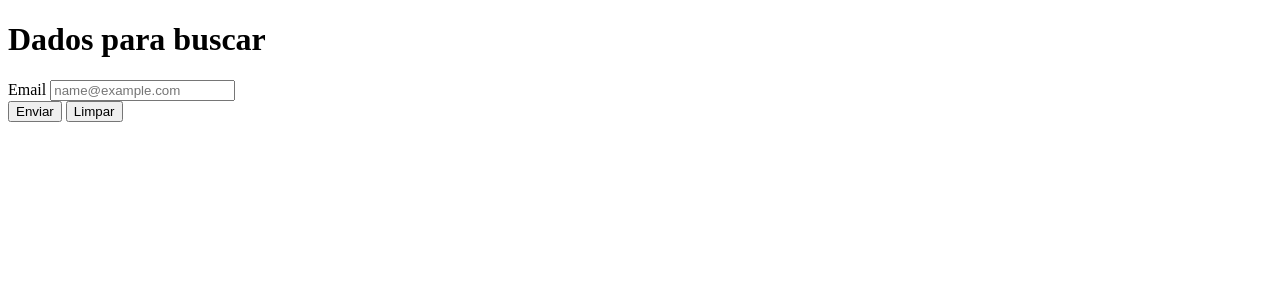
Repository: Marcelinalima/Java_JSP
Page: projeto_pesquisa/src/main/webapp/buscaPesquisa.html
These files come from the project's save history. The page is drawn as it stood at one moment and after the next save; the edit follows.
The browser window is 1280 px wide. The pictures show the whole page.

Above is the page before, as saved 2023-04-16 20:11:58.

### projeto_pesquisa/src/main/webapp/buscaPesquisa.html
<!DOCTYPE html>
<html>
<head>

<meta charset="ISO-8859-1">
<title>Busca dados de uma pesquisa</title>
</head>
<body>

  <div class="container">

	<h1>Dados para buscar</h1>

    <form action="projeto_pesquisa/PesquisaBuscaServlet" method="post">

		<div class="mb-3">
		  <label class="form-label">Email</label>
		  <input type="email" name="p_email" class="form-control" size="20" placeholder="name@example.com">
		</div>

		<button type="submit" class="btn btn-primary">Enviar</button>
		<button type="reset" class="btn btn-danger">Limpar</button>

	</form>
</div>



</body>
</html>

After the next save:
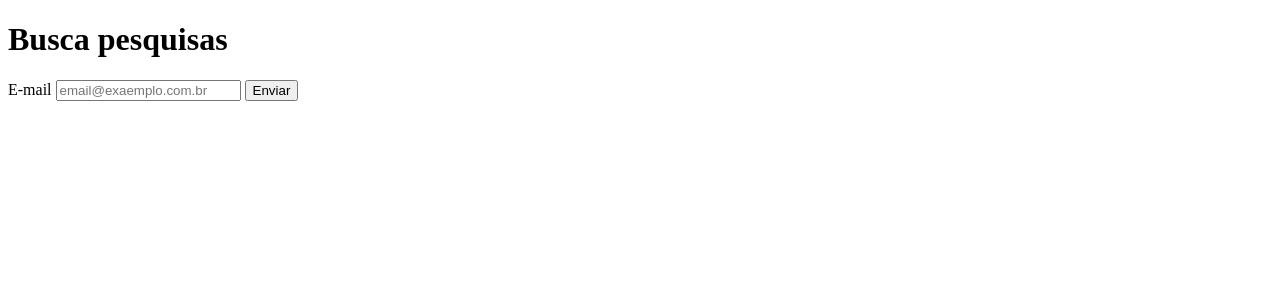
Saved 2 min 19 s later.
--- a/projeto_pesquisa/src/main/webapp/buscaPesquisa.html
+++ b/projeto_pesquisa/src/main/webapp/buscaPesquisa.html
@@ -1,30 +1,15 @@
 <!DOCTYPE html>
 <html>
 <head>
-
 <meta charset="ISO-8859-1">
-<title>Busca dados de uma pesquisa</title>
+<title>Busca de Pesquisas pelo email</title>
 </head>
 <body>
-
-  <div class="container">
-
-	<h1>Dados para buscar</h1>
-
-    <form action="projeto_pesquisa/PesquisaBuscaServlet" method="post">
-
-		<div class="mb-3">
-		  <label class="form-label">Email</label>
-		  <input type="email" name="p_email" class="form-control" size="20" placeholder="name@example.com">
-		</div>
-
-		<button type="submit" class="btn btn-primary">Enviar</button>
-		<button type="reset" class="btn btn-danger">Limpar</button>
-
+	<h1>Busca pesquisas</h1>
+	<form action="/projeto_pesquisa/BuscaPesquisaServlet" method="post">
+		<label>E-mail</label>
+		<input type="email" name="p_email" placeholder="email@exaemplo.com.br">
+		<button type="submit">Enviar</button>
 	</form>
-</div>
-
-
-
 </body>
 </html>
